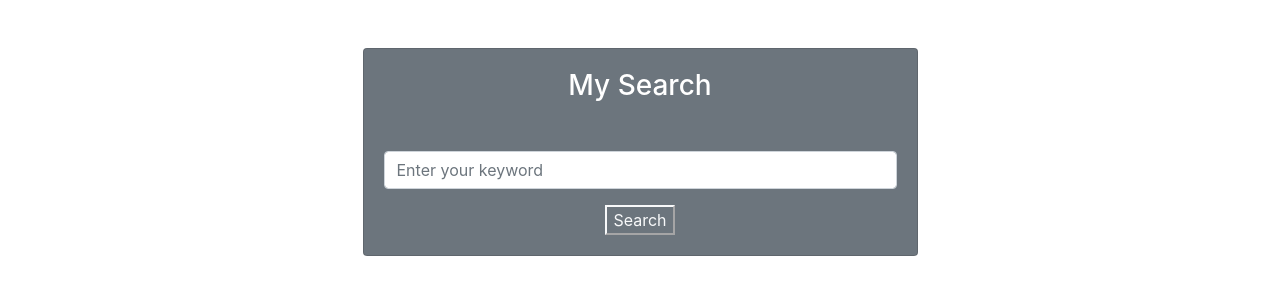
Repository: Himanshu-GitRepo/SpringMVCDurgesh
Page: http://localhost/springmvcsearch/home
An editor plug-in stored every save of this project. The page is shown before and after the next save, followed by the edit.
The browser window is 1280 px wide. The pictures show the whole page.
Some web libraries are served in a nearby version. The page is served by Tomcat 9.

Above is the page before, as saved 2021-11-24 08:06:24.

After the next save:
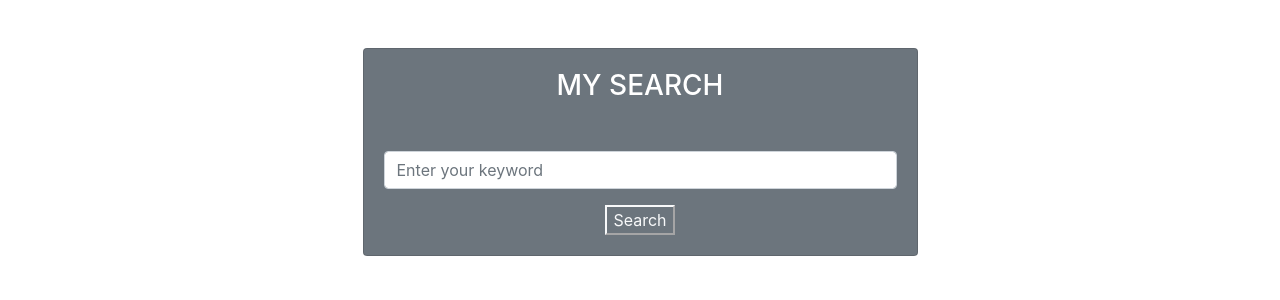
Saved 22 s later.
--- a/springmvcsearch/src/main/webapp/WEB-INF/views/home.jsp
+++ b/springmvcsearch/src/main/webapp/WEB-INF/views/home.jsp
@@ -21,7 +21,7 @@
 		<div class="card mx-auto mt-5 bg-secondary" style="width: 50%;">
 			<div class="card-body">
 
-			<h3 class="text-center text-white">My Search</h3>
+			<h3 class="text-center text-white text-uppercase">My Search</h3>
 
 				<form class=mt-5>
 

After the save that followed:
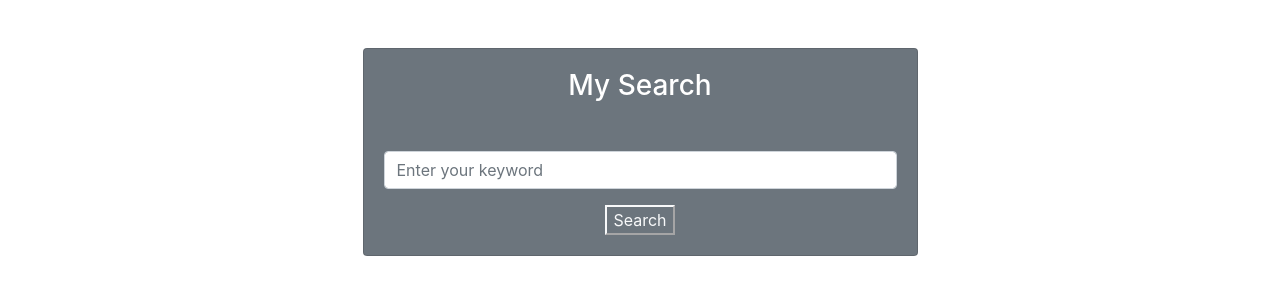
Saved 50 s later.
--- a/springmvcsearch/src/main/webapp/WEB-INF/views/home.jsp
+++ b/springmvcsearch/src/main/webapp/WEB-INF/views/home.jsp
@@ -21,7 +21,7 @@
 		<div class="card mx-auto mt-5 bg-secondary" style="width: 50%;">
 			<div class="card-body">
 
-			<h3 class="text-center text-white text-uppercase">My Search</h3>
+			<h3 class="text-center text-white style="text-transform: uppercase">My Search</h3>
 
 				<form class=mt-5>
 
